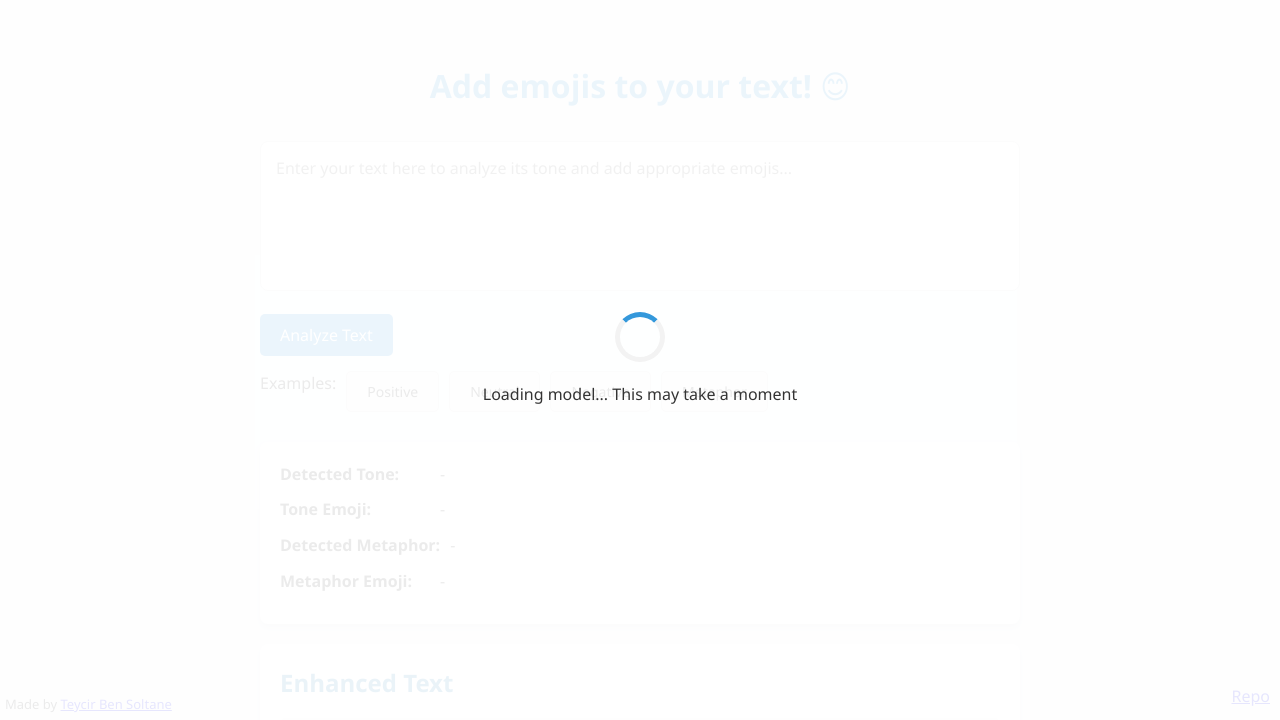
Repository: Teycir/emojiadder
Page: index.html
An editor plug-in stored every save of this project. The page is shown before and after the next save, followed by the edit.
The browser window is 1280 px wide. The pictures show the window.
A layer covers the whole window, so only the first screen is drawn.

Above is the page before, as saved 2025-03-23 11:55:23.

### index.html
<!DOCTYPE html>
<html lang="en">
<head>
    <meta charset="UTF-8">
    <meta name="viewport" content="width=device-width, initial-scale=1.0">
    <title>Text Tone Detector</title>
    <link rel="stylesheet" href="styles.css">
</head>
<body>
    <div class="container">
        <h1>Add emojis to your text! 😊</h1>

            <h2><center><We respect privacy your text stays in the browser</center></h2>
                <div class="input-section">
            <textarea id="text-input" placeholder="Enter your text here to analyze its tone and add appropriate emojis..."></textarea>
            <button id="analyze-btn">Analyze Text</button>
            <div class="examples">
                <p>Examples:</p>
                <button class="example-btn" data-text="I'm so happy with the results! This is amazing.">Positive</button>
                <button class="example-btn" data-text="This is just okay, nothing special.">Neutral</button>
                <button class="example-btn" data-text="I'm really disappointed with this service.">Negative</button>
                <button class="example-btn" data-text="The journey to success is like climbing a mountain.">Metaphor</button>
            </div>
        </div>

        <div class="result-section">
            <div class="result-card">
                <div class="result-item">
                    <div class="label">Detected Tone:</div>
                    <div id="tone-result" class="value">-</div>
                </div>
                <div class="result-item">
                    <div class="label">Tone Emoji:</div>
                    <div id="tone-emoji" class="value">-</div>
                </div>
                <div class="result-item">
                    <div class="label">Detected Metaphor:</div>
                    <div id="metaphor-result" class="value">-</div>
                </div>
                <div class="result-item">
                    <div class="label">Metaphor Emoji:</div>
                    <div id="metaphor-emoji" class="value">-</div>
                </div>
            </div>
            <div class="enhanced-text-card">
                <h2>Enhanced Text</h2>
                <div id="enhanced-text-result">-</div>
            </div>
        </div>

        <div class="loader-container" id="loader">
            <div class="loader"></div>
            <p>Loading model... This may take a moment</p>
        </div>
    </div>

    <!-- Note the type="module" to use ES modules (modules are deferred by default) -->
    <script type="module" src="./script.js"></script>
<div style="position: fixed; bottom: 0; left: 0; font-size: small; margin: 5px;">
  Made by <a href="https://www.teycirbensoltane.tn">Teycir Ben Soltane</a>
</div>
<a href="https://github.com/Teycir/emojiadder" style="position: fixed; bottom: 10px; right: 10px;">Repo</a>
</body>
</html>

### styles.css
* {
    margin: 0;
    padding: 0;
    box-sizing: border-box;
    font-family: 'Segoe UI', Tahoma, Geneva, Verdana, sans-serif;
}

body {
    background-color: #f5f7fa;
    color: #333;
    line-height: 1.6;
}

.container {
    max-width: 800px;
    margin: 40px auto;
    padding: 20px;
}

h1 {
    text-align: center;
    margin-bottom: 30px;
    color: #3498db;
}

h2 {
    color: #2980b9;
    margin-bottom: 15px;
}

.input-section {
    margin-bottom: 30px;
}

textarea {
    width: 100%;
    height: 150px;
    padding: 15px;
    border: 1px solid #ddd;
    border-radius: 8px;
    resize: none;
    font-size: 16px;
    margin-bottom: 15px;
    transition: border 0.3s;
}

textarea:focus {
    outline: none;
    border-color: #3498db;
}

button {
    background-color: #3498db;
    color: white;
    border: none;
    padding: 10px 20px;
    border-radius: 5px;
    cursor: pointer;
    font-size: 16px;
    transition: background-color 0.3s;
}

button:hover {
    background-color: #2980b9;
}

button:disabled {
    background-color: #95a5a6;
    cursor: not-allowed;
}

.result-section {
    display: flex;
    flex-direction: column;
    gap: 20px;
    margin-bottom: 30px;
}

.result-card, .enhanced-text-card {
    background-color: white;
    border-radius: 8px;
    padding: 20px;
    box-shadow: 0 4px 6px rgba(0, 0, 0, 0.1);
}

.result-item {
    margin-bottom: 10px;
    display: flex;
    align-items: center;
}

.label {
    font-weight: bold;
    margin-right: 10px;
    min-width: 150px;
}

#enhanced-text-result {
    padding: 15px;
    background-color: #f9f9f9;
    border-radius: 5px;
    font-size: 18px;
    min-height: 60px;
    line-height: 1.5;
}

.examples-section {
    margin-top: 30px;
}

.examples {
    display: flex;
    flex-wrap: wrap;
    gap: 10px;
    margin-top: 15px;
}

.example-btn {
    background-color: #f0f0f0;
    color: #333;
    border: 1px solid #ddd;
    font-size: 14px;
}

.example-btn:hover {
    background-color: #e0e0e0;
}

/* Tone colors */
.positive {
    color: #27ae60;
}

.neutral {
    color: #f39c12;
}

.negative {
    color: #e74c3c;
}

/* Loader Styles */
.loader-container {
    position: fixed;
    top: 0;
    left: 0;
    width: 100%;
    height: 100%;
    background-color: rgba(255, 255, 255, 0.9);
    display: flex;
    flex-direction: column;
    justify-content: center;
    align-items: center;
    z-index: 1000;
}

.loader {
    border: 5px solid #f3f3f3;
    border-top: 5px solid #3498db;
    border-radius: 50%;
    width: 50px;
    height: 50px;
    animation: spin 1s linear infinite;
    margin-bottom: 20px;
}

@keyframes spin {
    0% { transform: rotate(0deg); }
    100% { transform: rotate(360deg); }
}

/* Responsive design */
@media (max-width: 600px) {
    .container {
        padding: 15px;
        margin: 20px auto;
    }

    .result-item {
        flex-direction: column;
        align-items: flex-start;
    }

    .label {
        margin-bottom: 5px;
    }

    .examples {
        flex-direction: column;
    }
}

### script.js
import TextToneDetector from './TextToneDetector.js';

// DOM event listeners
document.addEventListener('DOMContentLoaded', () => {
  console.log('DOM content loaded, initializing application');

  // DOM elements
  const textInput = document.getElementById('text-input');
  const analyzeBtn = document.getElementById('analyze-btn');
  const toneResult = document.getElementById('tone-result');
  const toneEmoji = document.getElementById('tone-emoji');
  const metaphorResult = document.getElementById('metaphor-result');
  const metaphorEmoji = document.getElementById('metaphor-emoji');
  const enhancedTextResult = document.getElementById('enhanced-text-result');
  const exampleBtns = document.querySelectorAll('.example-btn');
  const loader = document.getElementById('loader');

  // Disable analyze button until model loads
  analyzeBtn.disabled = true;

  // Make sure the loader is visible
  loader.style.display = 'flex';

  // Create detector instance
  console.log('Creating TextToneDetector instance');
  const toneDetector = new TextToneDetector();

  // Add event listener to limit textarea to 400 lines and alert if exceeded
  textInput.addEventListener('input', function() {
    const lines = this.value.split('\n');
    if (lines.length > 400) {
      alert("400 max lines allowed!");
      this.value = lines.slice(0, 400).join('\n');
    }
  });

  // Analyze text function
  async function analyzeText() {
    const text = textInput.value.trim();

    if (!text) {
      alert('Please enter some text to analyze.');
      return;
    }

    // Show loading indicator
    analyzeBtn.disabled = true;
    analyzeBtn.textContent = 'Analyzing...';

    try {
      const result = await toneDetector.analyze(text);

      // Display results
      toneResult.textContent = result.tone.charAt(0).toUpperCase() + result.tone.slice(1);
      toneResult.className = result.tone;

      toneEmoji.textContent = result.toneEmoji || 'None';

      metaphorResult.textContent = result.metaphor
        ? result.metaphor.charAt(0).toUpperCase() + result.metaphor.slice(1)
        : 'None detected';

      metaphorEmoji.textContent = result.metaphorEmoji || 'None';

      enhancedTextResult.textContent = result.enhancedText;
    } catch (error) {
      console.error('Error in analysis:', error);
      enhancedTextResult.textContent = 'An error occurred during analysis. Please try again.';
    } finally {
      // Reset button
      analyzeBtn.disabled = false;
      analyzeBtn.textContent = 'Analyze Text';
    }
  }

  // Event listeners
  analyzeBtn.addEventListener('click', analyzeText);

  textInput.addEventListener('keydown', function(e) {
    if (e.key === 'Enter' && e.ctrlKey) {
      analyzeText();
    }
  });

  // Example buttons
  exampleBtns.forEach(btn => {
    btn.addEventListener('click', function() {
      const exampleText = this.getAttribute('data-text');
      textInput.value = exampleText;
      analyzeText();
    });
  });

  // Initial instructions
  enhancedTextResult.textContent = 'Enter text and click "Analyze Text" to see the enhanced result with emojis.';
});

### TextToneDetector.js
import SentimentModel from './models/SentimentModel.js';
import MetaphorUtils from './utils/MetaphorUtils.js';
import EmojiUtils from './utils/EmojiUtils.js';

/**
 * Main class for text tone detection
 */
class TextToneDetector {
  constructor() {
    console.log('TextToneDetector constructor called');

    // Initialize components
    this.sentimentModel = new SentimentModel();
    this.metaphorUtils = new MetaphorUtils();
    this.emojiUtils = new EmojiUtils();

    // Model loading status
    this.isModelLoaded = false;

    // Initialize model
    this.initializeModel();
  }

  async initializeModel() {
    try {
      console.log('TextToneDetector: Initializing sentiment model');
      await this.sentimentModel.initialize();
      this.isModelLoaded = true;

      console.log('TextToneDetector: Model loaded successfully');

      // Hide loader when model is loaded
      const loader = document.getElementById('loader');
      if (loader) {
        loader.style.display = 'none';
        console.log('Loader hidden');
      } else {
        console.warn('Loader element not found');
      }

      // Enable analyze button
      const analyzeBtn = document.getElementById('analyze-btn');
      if (analyzeBtn) {
        analyzeBtn.disabled = false;
        console.log('Analyze button enabled');
      } else {
        console.warn('Analyze button not found');
      }
    } catch (error) {
      console.error('Error initializing model:', error);

      // Show error in the UI
      const loader = document.getElementById('loader');
      if (loader) {
        loader.innerHTML = `
          <div class="error">
            <p>Error loading model: ${error.message}</p>
            <p>Please refresh the page to try again.</p>
          </div>
        `;
      }
    }
  }

  // Analyze text and return tone with emojis
  async analyze(text) {
    if (!this.isModelLoaded) {
      return {
        originalText: text,
        tone: 'unknown',
        toneEmoji: '',
        metaphor: null,
        metaphorEmoji: '',
        enhancedText: text
      };
    }

    try {
      // Split text into paragraphs
      const paragraphs = text.split(/\n+/);
      let enhancedParagraphs = [];

      for (const paragraph of paragraphs) {
        if (!paragraph.trim()) {
          enhancedParagraphs.push('');
          continue;
        }

        // Split paragraph into sentences
        // This regex matches sentence endings: period, question mark, or exclamation mark followed by a space or end of string
        const sentences = paragraph.match(/[^.!?]+[.!?]+(\s|$)/g) || [paragraph];
        let enhancedParagraph = '';

        for (const sentence of sentences) {
          // Get sentiment from model for each sentence
          const sentimentOutput = await this.sentimentModel.analyze(sentence);

          // Determine tone based on model output
          let tone;
          if (sentimentOutput.label === 'POSITIVE') {
            tone = 'positive';
          } else if (sentimentOutput.label === 'NEGATIVE') {
            tone = 'negative';
          } else {
            tone = 'neutral';
          }

          // Find metaphors in sentence
          const words = sentence.toLowerCase().split(/\s+/);
          const metaphor = this.metaphorUtils.findMetaphor(words);

          // Get emojis for tone and metaphor
          const toneEmoji = this.emojiUtils.getToneEmoji(tone);
          const metaphorEmoji = this.emojiUtils.getMetaphorEmoji(metaphor);

          // Add emoji after the sentence's ending punctuation but before any trailing space
          const emojiString = `${toneEmoji} ${metaphorEmoji}`.trim();
          // This regex captures the end punctuation and any trailing space
          const enhancedSentence = sentence.replace(/([.!?]+)(\s|$)/, `$1 ${emojiString}$2`);
          enhancedParagraph += enhancedSentence;
        }

        enhancedParagraphs.push(enhancedParagraph);
      }

      const enhancedText = enhancedParagraphs.join('\n');

      // For the overall tone and metaphor, analyze the complete text
      const overallSentimentOutput = await this.sentimentModel.analyze(text);
      let overallTone;
      if (overallSentimentOutput.label === 'POSITIVE') {
        overallTone = 'positive';
      } else if (overallSentimentOutput.label === 'NEGATIVE') {
        overallTone = 'negative';
      } else {
        overallTone = 'neutral';
      }

      const words = text.toLowerCase().split(/\s+/);
      const overallMetaphor = this.metaphorUtils.findMetaphor(words);

      const toneEmoji = this.emojiUtils.getToneEmoji(overallTone);
      const metaphorEmoji = this.emojiUtils.getMetaphorEmoji(overallMetaphor);

      return {
        originalText: text,
        tone: overallTone,
        toneEmoji: toneEmoji,
        metaphor: overallMetaphor,
        metaphorEmoji: metaphorEmoji,
        enhancedText: enhancedText
      };
    } catch (error) {
      console.error('Error analyzing text:', error);
      return {
        originalText: text,
        tone: 'error',
        toneEmoji: '❓',
        metaphor: null,
        metaphorEmoji: '',
        enhancedText: text + ' ❓'
      };
    }
  }
}

export default TextToneDetector;

### models/SentimentModel.js
// Import the pipeline directly from the Transformers library
import { pipeline } from 'https://cdn.jsdelivr.net/npm/@xenova/transformers@2.14.0/dist/transformers.min.js';

/**
 * Handles sentiment analysis using Transformers.js
 * Implements caching to avoid reloading the model
 */
class SentimentModel {
  // Static properties for caching
  static instance = null;
  static pipelineInstance = null;
  static isInitializing = false;
  static initPromise = null;

  constructor() {
    this.isLoaded = SentimentModel.pipelineInstance !== null;
    this.pipeline = SentimentModel.pipelineInstance;

    console.log('SentimentModel constructor called, cached:', this.isLoaded);

    // Return existing instance if available
    if (SentimentModel.instance) {
      console.log('Returning cached SentimentModel instance');
      return SentimentModel.instance;
    }

    // Store this instance as the singleton
    SentimentModel.instance = this;
  }

  /**
   * Initialize the sentiment analysis model
   * @returns {Promise} Resolves when model is loaded
   */
  async initialize() {
    // If model is already loaded, return immediately
    if (this.isLoaded) {
      console.log('Model already loaded, using cached instance');
      return Promise.resolve(true);
    }

    // If initialization is in progress, return the existing promise
    if (SentimentModel.isInitializing) {
      console.log('Model initialization already in progress, waiting...');
      return SentimentModel.initPromise;
    }

    // Create a new initialization promise
    SentimentModel.isInitializing = true;
    SentimentModel.initPromise = new Promise(async (resolve, reject) => {
      try {
        console.log('Starting to initialize sentiment model');

        try {
          console.log('Initializing sentiment model');

          // Initialize the sentiment analysis pipeline
          console.log('Loading sentiment analysis model...');
          SentimentModel.pipelineInstance = await pipeline('sentiment-analysis', 'Xenova/distilbert-base-uncased-finetuned-sst-2-english');
          console.log('Sentiment analysis model loaded successfully');

          // Update instance properties
          this.pipeline = SentimentModel.pipelineInstance;
          this.isLoaded = true;

          resolve(true);
        } catch (innerError) {
          console.error('Error in Transformers initialization:', innerError);
          SentimentModel.isInitializing = false;
          reject(innerError);
        }
      } catch (error) {
        console.error('Error initializing model:', error);
        SentimentModel.isInitializing = false;
        reject(error);
      }
    });

    return SentimentModel.initPromise;
  }

  /**
   * Analyze text sentiment
   * @param {string} text - Text to analyze
   * @returns {Object} Sentiment result
   */
  async analyze(text) {
    if (!this.isLoaded) {
      throw new Error('Model not loaded yet');
    }

    try {
      const result = await this.pipeline(text);
      return result[0];
    } catch (error) {
      console.error('Error in sentiment analysis:', error);
      throw error;
    }
  }
}

export default SentimentModel;

### utils/EmojiUtils.js
/**
 * Provides emoji-related functionality
 */
class EmojiUtils {
    constructor() {
      // Metaphor emoji mappings
      this.metaphorEmojis = {
        speed: ['🚀', '⚡', '💨', '🏃‍♂️'],
        strength: ['💪', '🦾', '🦁', '🐂'],
        growth: ['🌱', '🌳', '📈', '⬆️'],
        time: ['⏰', '⌛', '🕒', '📅'],
        money: ['💰', '💵', '💸', '💲'],
        success: ['🏆', '🥇', '🎖️', '🔝'],
        failure: ['👎', '📉', '❌', '💥'],
        idea: ['💡', '✨', '🧠', '🤔'],
        communication: ['💬', '📣', '📱', '✉️'],
        love: ['❤️', '💕', '💘', '🌹'],
        journey: ['🛣️', '🧭', '🧳', '🚶‍♂️'],
        competition: ['🏁', '🥊', '⚔️', '🎯'],
        health: ['🏥', '💊', '🩺', '🫀'],
        technology: ['📱', '💻', '🤖', '⚙️'],
        education: ['📚', '🎓', '✏️', '🧮'],
        nature: ['🌿', '🌳', '🌊', '🏔️'],
        celebration: ['🎉', '🎊', '🥂', '🎈']
      };

      // Tone emoji mappings
      this.toneEmojis = {
        positive: ['😊', '😄', '🥰', '✨', '👍', '🙌'],
        neutral: ['😐', '🤔', '🧐', '📝', '🔍', '💭'],
        negative: ['😔', '😢', '😞', '😠', '👎', '💔']
      };
    }

    /**
     * Get random emoji from a list
     * @param {Array} emojiList - List of emojis to choose from
     * @returns {string} - Random emoji
     */
    getRandomEmoji(emojiList) {
      if (!emojiList || emojiList.length === 0) {
        return '';
      }
      const randomIndex = Math.floor(Math.random() * emojiList.length);
      return emojiList[randomIndex];
    }

    /**
     * Get emoji for a tone
     * @param {string} tone - Tone to get emoji for
     * @returns {string} - Emoji
     */
    getToneEmoji(tone) {
      return this.getRandomEmoji(this.toneEmojis[tone] || []);
    }

    /**
     * Get emoji for a metaphor
     * @param {string} metaphor - Metaphor to get emoji for
     * @returns {string} - Emoji
     */
    getMetaphorEmoji(metaphor) {
      return metaphor ? this.getRandomEmoji(this.metaphorEmojis[metaphor] || []) : '';
    }
  }

  export default EmojiUtils;

Loaded but not shown: utils/MetaphorUtils.js (330 lines, source omitted)

After the next save:
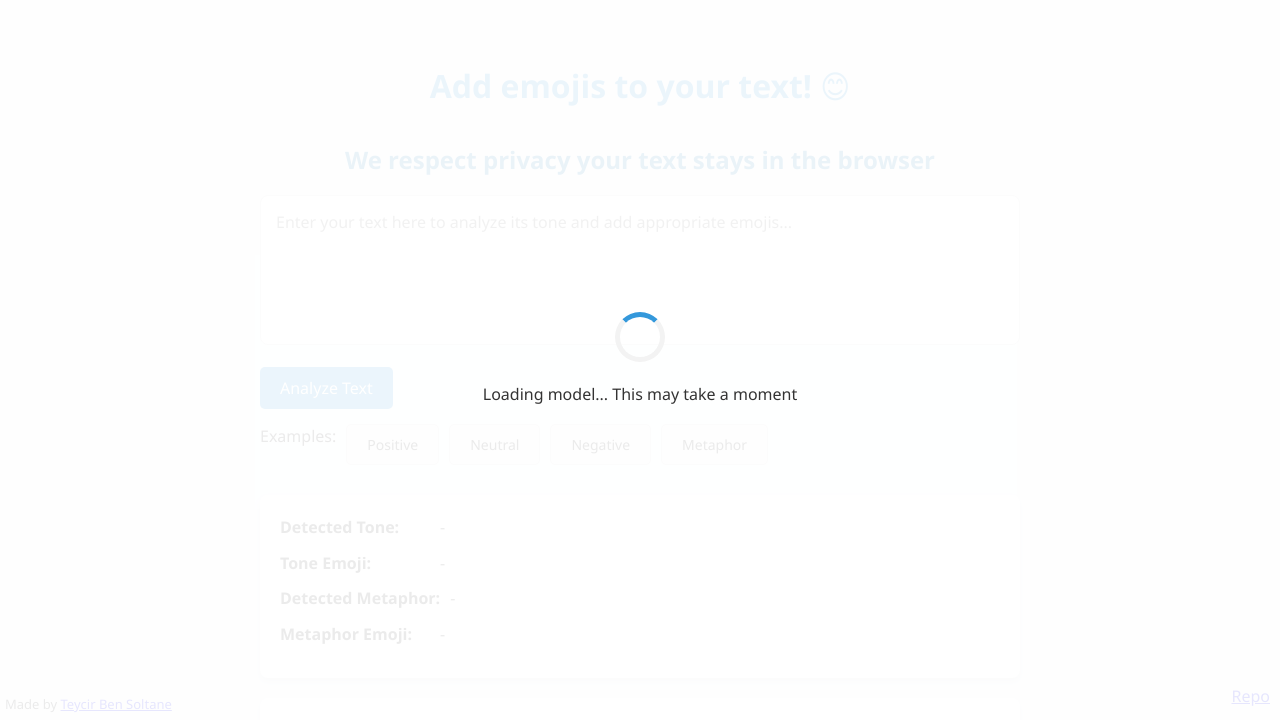
Saved 67 s later.
--- a/index.html
+++ b/index.html
@@ -10,7 +10,7 @@
     <div class="container">
         <h1>Add emojis to your text! 😊</h1>
 
-            <h2><center><We respect privacy your text stays in the browser</center></h2>
+        <center> <h2>We respect privacy your text stays in the browser</h2></center>
                 <div class="input-section">
             <textarea id="text-input" placeholder="Enter your text here to analyze its tone and add appropriate emojis..."></textarea>
             <button id="analyze-btn">Analyze Text</button>
